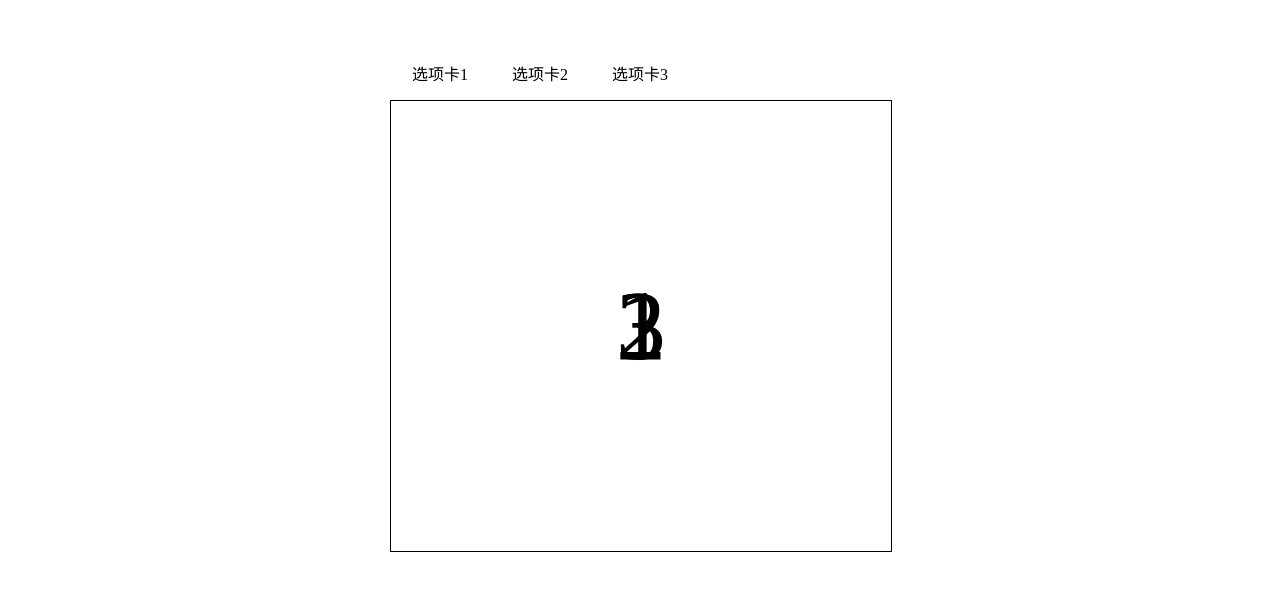
Repository: razzh7/javascript-demo
Page: Tab切换插件/Tab.html
An editor plug-in stored every save of this project. The page is shown before and after the next save, followed by the edit.
The browser window is 1280 px wide. The pictures show the whole page.

Above is the page before, as saved 2021-06-14 15:15:44.

After the next save:
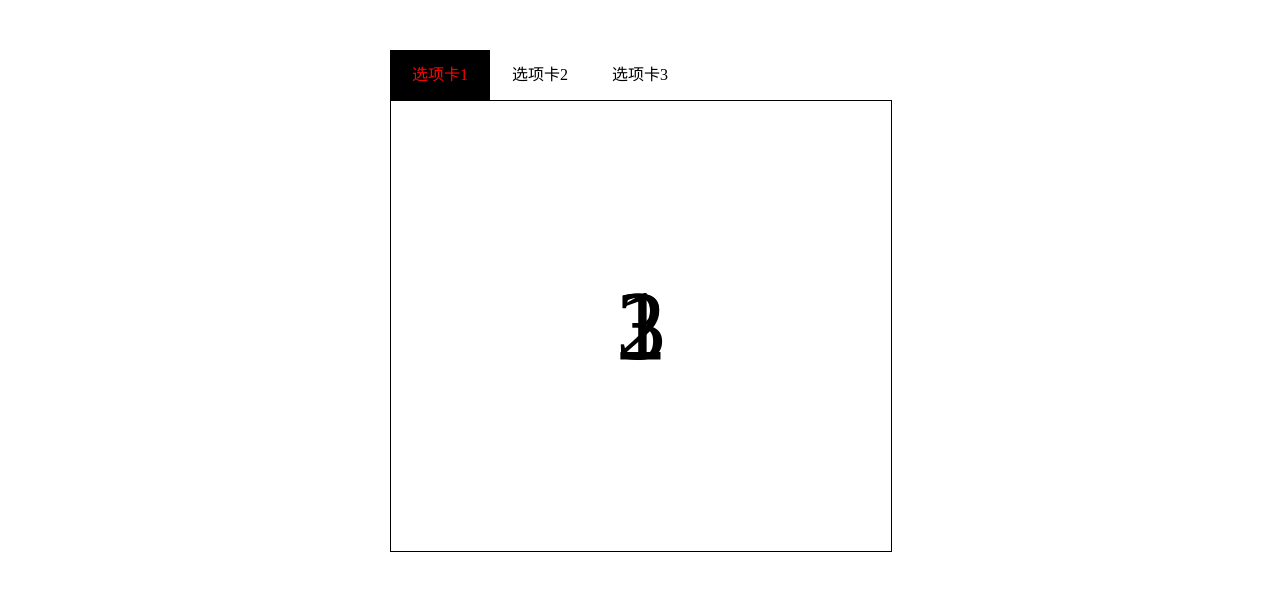
Saved 30 s later.
--- a/Tab切换插件/Tab.css
+++ b/Tab切换插件/Tab.css
@@ -27,7 +27,7 @@
 	line-height: 50px;
 	color: #000;
 }
-.tab-top .tab-item .cur a{
+.tab-top .cur a{
 	background-color: #000;
 	color: red;
 }
